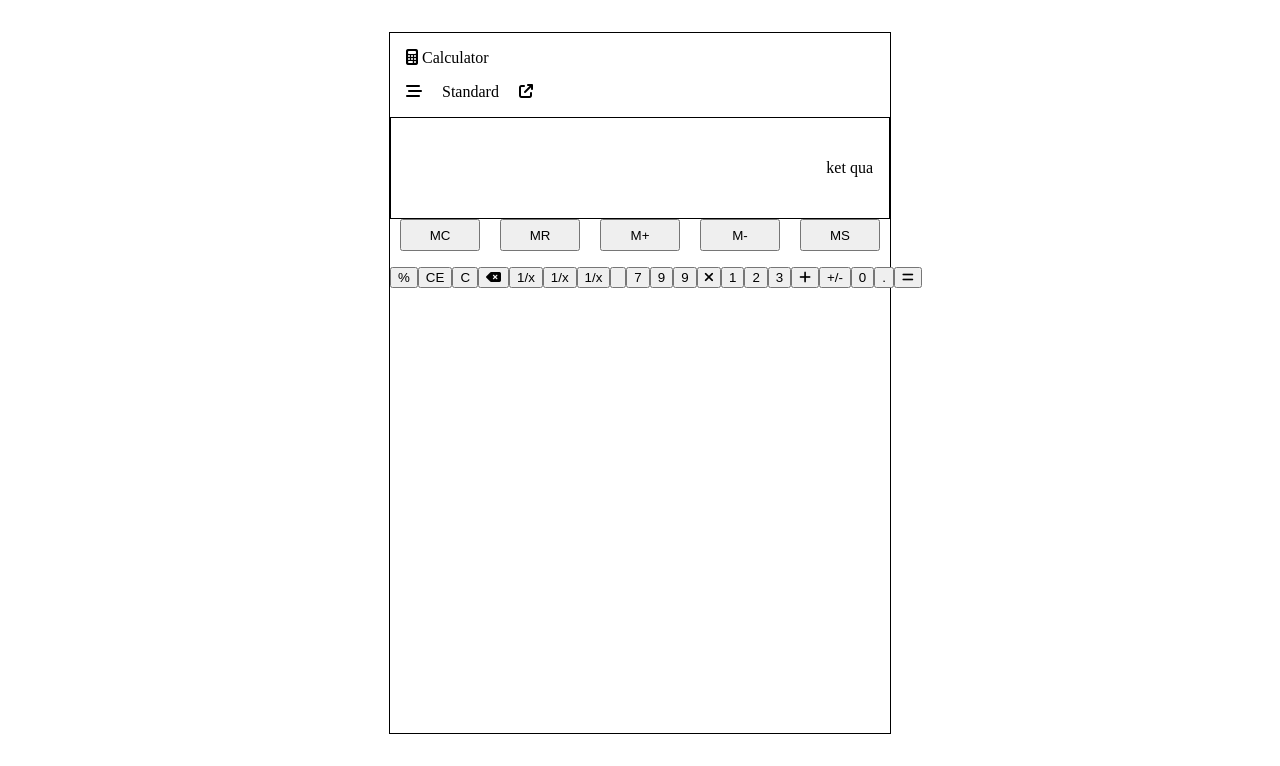
Repository: tungts3qb/Javascript
Page: Calculator/Calculator.html
These files come from the project's save history. The page is drawn as it stood at one moment and after the next save; the edit follows.
The browser window is 1280 px wide. The pictures show the whole page.

Above is the page before, as saved 2022-12-26 16:36:58.

### Calculator/Calculator.html
<!DOCTYPE html>
<html lang="en">
  <head>
    <meta charset="UTF-8" />
    <meta http-equiv="X-UA-Compatible" content="IE=edge" />
    <meta name="viewport" content="width=device-width, initial-scale=1.0" />
    <link rel="stylesheet" href="./style.css" />
    <link
      rel="stylesheet"
      href="https://cdnjs.cloudflare.com/ajax/libs/font-awesome/6.2.1/css/all.min.css"
      integrity="sha512-MV7K8+y+gLIBoVD59lQIYicR65iaqukzvf/nwasF0nqhPay5w/9lJmVM2hMDcnK1OnMGCdVK+iQrJ7lzPJQd1w=="
      crossorigin="anonymous"
      referrerpolicy="no-referrer"
    />
    <title>Calculator</title>
  </head>
  <body>
    <div class="calculator">
      <div class="calculator-header">
        <i class="fa-solid fa-calculator"></i>
        <span>Calculator</span>
      </div>
      <div class="calculator-nav">
        <i class="fa-solid fa-bars-staggered"></i>
        <span>Standard</span>
        <i class="fa-solid fa-arrow-up-right-from-square"></i>
      </div>
      <div class="caculator-result"><span>ket qua</span></div>
      <div class="calculator-special-function">
        <ul>
          <li><button class="btn-special-fun">MC</button></li>
          <li><button class="btn-special-fun">MR</button></li>
          <li><button class="btn-special-fun">M+</button></li>
          <li><button class="btn-special-fun">M-</button></li>
          <li><button class="btn-special-fun">MS</button></li>
        </ul>
      </div>
      <div class="calculator-buttons">
        <button class="calculator-button">%</button>
        <button class="calculator-button">CE</button>
        <button class="calculator-button">C</button>
        <button class="calculator-button">
          <i class="fa-solid fa-delete-left"></i>
        </button>
        <button class="calculator-button">1/x</button>
        <button class="calculator-button">1/x</button>
        <button class="calculator-button">1/x</button>
        <button class="calculator-button">
          <i class="fas fa-buttonide"></i>
        </button>
        <button class="calculator-button">7</button>
        <button class="calculator-button">9</button>
        <button class="calculator-button">9</button>
        <button class="calculator-button"><i class="fas fa-times"></i></button>
        <button class="calculator-button">1</button>
        <button class="calculator-button">2</button>
        <button class="calculator-button">3</button>
        <button class="calculator-button"><i class="fas fa-plus"></i></button>
        <button class="calculator-button">+/-</button>
        <button class="calculator-button">0</button>
        <button class="calculator-button">.</button>
        <button class="calculator-button"><i class="fas fa-equals"></i></button>
      </div>
    </div>
    <script src="./script.js"></script>
  </body>
</html>

### Calculator/style.css
.calculator {
  width: 500px;
  height: 700px;
  border: 1px solid black;
  margin: 2rem auto;
}

.calculator-header {
  margin-top: 1rem;
  padding-left: 1rem;
}

.calculator-nav {
  padding-left: 1rem;
  margin-top: 1rem;
}

.calculator-nav span {
  margin-left: 1rem;
  margin-right: 1rem;
}

.caculator-result {
  border: 1px solid black;
  margin-top: 1rem;
  height: 100px;
  display: flex;
  justify-content: flex-end;
  align-items: center;
}

.caculator-result span {
  display: block;
  margin-right: 1rem;
}

.calculator-special-function ul {
  width: 100%;
  padding-left: 0;
  list-style: none;
  display: flex;
  margin-top: 0;
  /* justify-content: space-between; */
  justify-content: space-around;
  align-items: center;
}

.btn-special-fun {
  width: 5rem;
  height: 2rem;
}

.calculator-buttons {
  display: grid;
  grid-template-columns:
    1fr 1fr 1fr 1fr 1fr 1fr 1fr 1fr 1fr 1fr 1fr 1fr
    1fr 1fr 1fr 1fr 1fr 1fr 1fr 1fr;
}

Loaded but not shown: Calculator/script.js (no stored copy; drawn as an empty file)

After the next save:
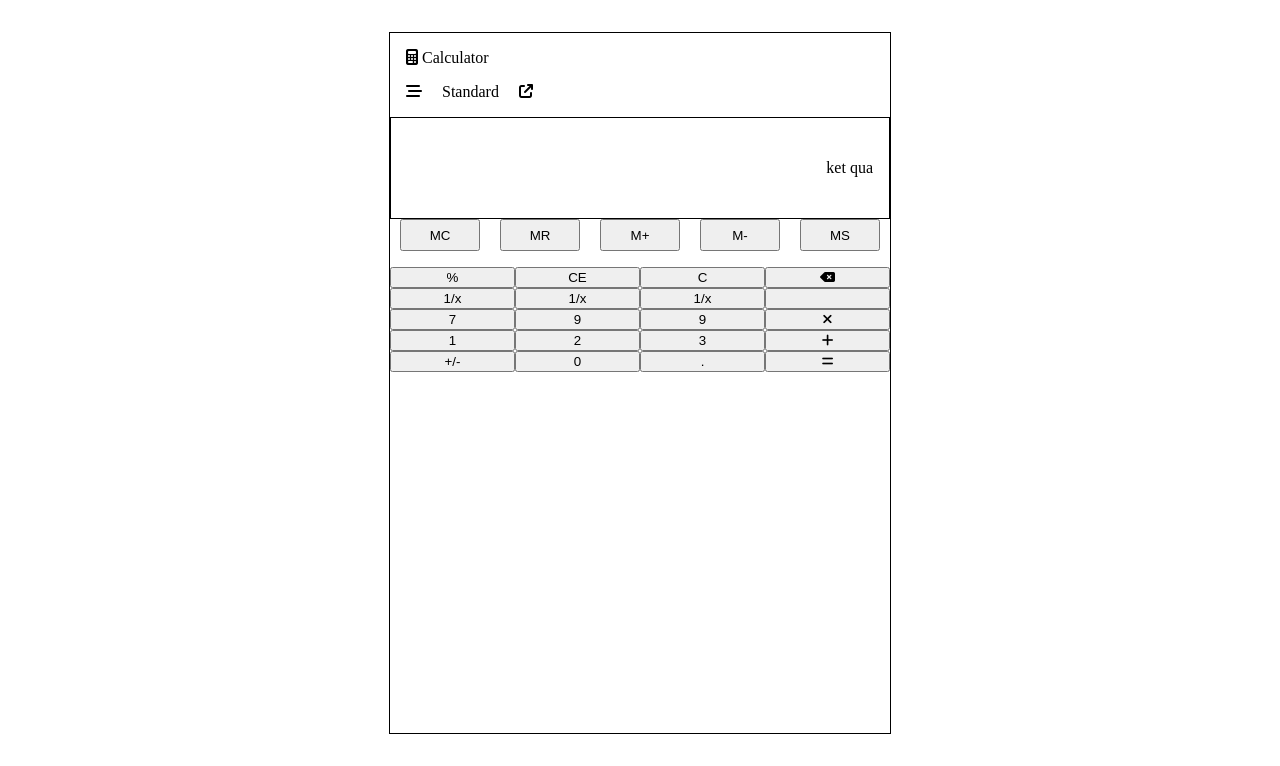
Saved 3 min 43 s later.
--- a/Calculator/style.css
+++ b/Calculator/style.css
@@ -52,7 +52,5 @@
 
 .calculator-buttons {
   display: grid;
-  grid-template-columns:
-    1fr 1fr 1fr 1fr 1fr 1fr 1fr 1fr 1fr 1fr 1fr 1fr
-    1fr 1fr 1fr 1fr 1fr 1fr 1fr 1fr;
+  grid-template-columns: repeat(4, 1fr);
 }
